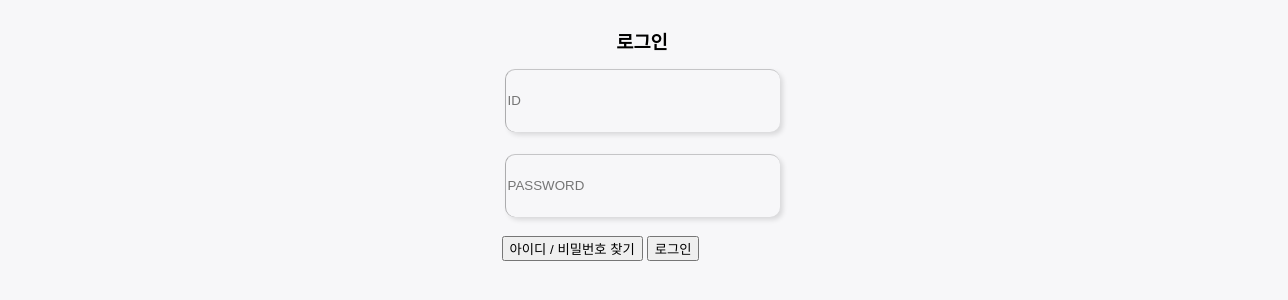
Repository: PEPI-dev/UI
Page: login/login.html
An editor plug-in stored every save of this project. The page is shown before and after a run of saves, followed by the edit.
The browser window is 1280 px wide. The page is 1288 px wide, so the pictures cover 1288 px, including what lies to the right of the window. The pictures show the whole page.

Above is the page before, as saved 2023-12-04 15:08:36.

After the next 3 saves:
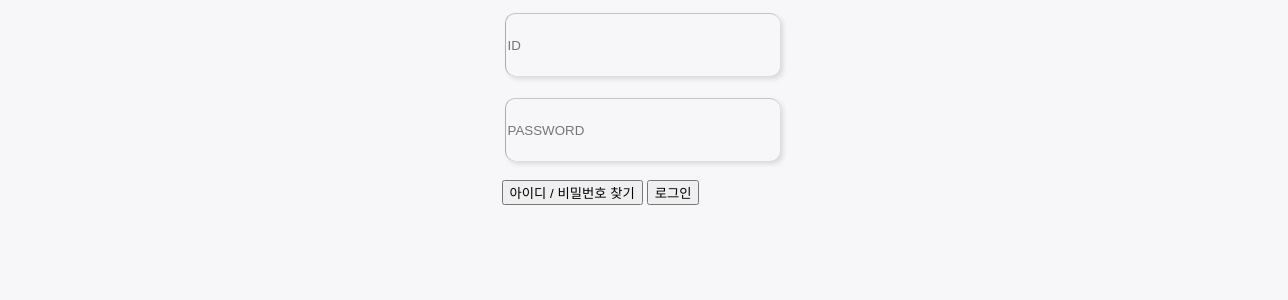
The 3 saves are shown as one change because they came seconds apart.
The last was saved 2 min 42 s later.
--- a/login/login.html
+++ b/login/login.html
@@ -7,11 +7,10 @@
     <link rel="stylesheet" href="./login.css">
 </head>
 <body>
-    <h3>로그인</h3>
-    <div id="logo">
 
     </div>
     <form action="#">
+
         <p class="input_form"><input class="field" id="ID" placeholder="ID"></input></p>
         <p class="input_form"><input class="field" id="password" type="password" placeholder="PASSWORD"></input></p>
         <button class="text_btn">아이디 / 비밀번호 찾기</button>
